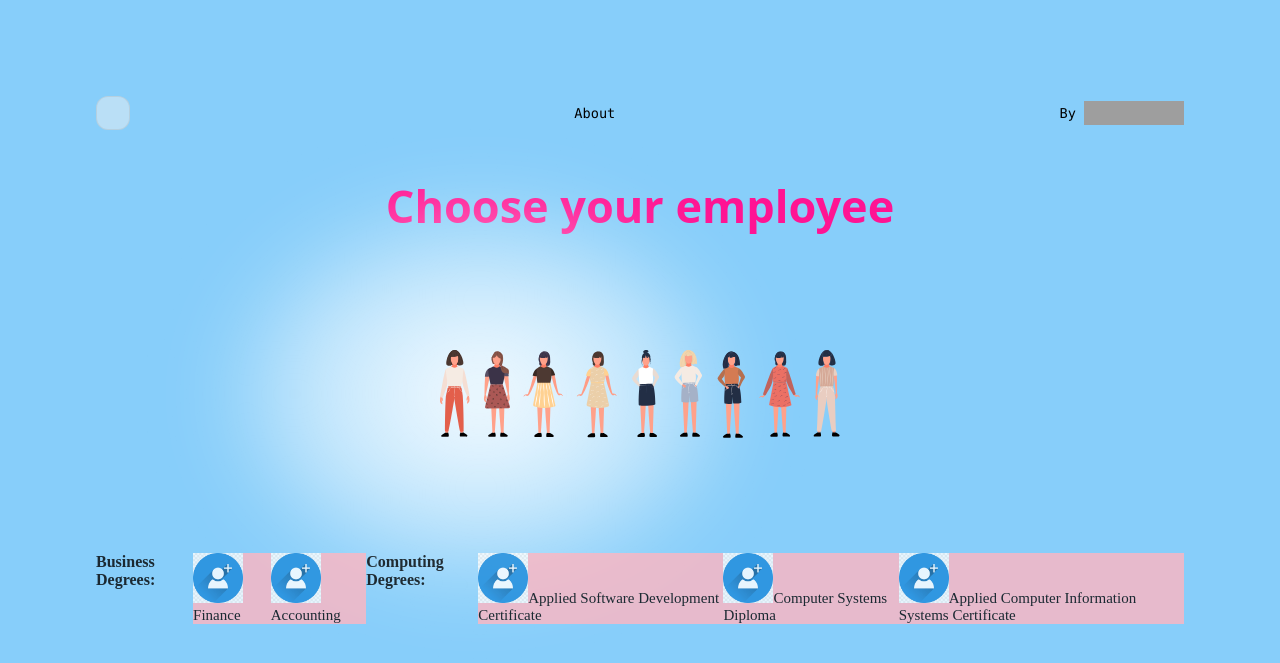
Repository: bguemos/week3example
Page: /
The author's editor kept a copy of each file at every save. The page is drawn from the files as they stood at one save, then again after the next save.
The browser window is 1280 px wide. The pictures show the whole page.
Pictures or frames that could not be fetched are drawn as grey boxes. The project was rebuilt for these pictures with package versions that can differ from the ones it lists, and the page was loaded fresh each time. The framework's server and built-in components were replaced by stand-ins that run in the browser. Also part of the build but not shown: next.config.js.

Above is the page before, as saved 2023-01-22 18:47:15.

### pages/index.js
import Head from 'next/head'
import Image from 'next/image'
import { Inter } from '@next/font/google'
import styles from '@/styles/Home.module.css'
import data from '../data/education.json'
import { useState } from 'react'
import Card from '../components/Card'
import Link from 'next/link'

const inter = Inter({ subsets: ['latin'] })

export default function Home() {
    const [information, setInformation] = useState([...data])
     console.log(data);
  return (
    <>
      <Head>
        <title>The Office</title>
        <meta name="description" content="Generated by create next app" />
        <meta name="viewport" content="width=device-width, initial-scale=1" />
        <link rel="icon" href="/favicon.ico" />
      </Head>
      <main className={styles.main}>
        <div className={styles.description}>
          <p>

            <code className={styles.code}></code>
          </p>
          <Link href="About">About</Link>
          <div>
            <a


            >
              By{' '}
              <Image
                src="/vercel.svg"
                alt="Vercel Logo"
                className={styles.vercelLogo}
                width={100}
                height={24}
                priority
              />
            </a>
          </div>
        </div>

        <h1 className={styles.header}> Choose your employee</h1>

        <div className={styles.center}>
          <Image
            className={styles.logo}
            src="assets/women.svg"
            alt="womanLogo"
            width={400}
            height={100}
            priority
          />


        </div>

        <div className={styles.grid}>
          <b> Business Degrees: </b>
          {information && information.map((info, index) => {
            if(info.department === "Business"){
              return(
                <Card key={index} degree={info.degree} colour="lightPink" font="15px"/>
              )
            }
           })}
           <b> Computing Degrees:</b>
           {information && information.map((info, index) => {
            if(info.department === "Computing"){
              return(
              <Card key={index} degree={info.degree} colour="lightPink" font="15px"/>
              )
            }
            })}
        </div>
      </main>
    </>
  )
}

### styles/Home.module.css
.main {
  display: flex;
  flex-direction: column;
  justify-content: space-between;
  align-items: center;
  padding: 6rem;
  min-height: 100vh;
  background-color: lightskyblue;

}
.label{
  font-size: 15px;
  font-family: system-ui, -apple-system, BlinkMacSystemFont, 'Segoe UI', Roboto, Oxygen, Ubuntu, Cantarell, 'Open Sans', 'Helvetica Neue', sans-serif;
  color: deeppink;
}

.description {
  display: inherit;
  justify-content: inherit;
  align-items: inherit;
  font-size: 0.85rem;
  max-width: var(--max-width);
  width: 100%;
  z-index: 2;
  font-family: var(--font-mono);
}

.description a {
  display: flex;
  justify-content: center;
  align-items: center;
  gap: 0.5rem;
}

.description p {
  position: relative;
  margin: 0;
  padding: 1rem;
  background-color: rgba(var(--callout-rgb), 0.5);
  border: 1px solid rgba(var(--callout-border-rgb), 0.3);
  border-radius: var(--border-radius);
}

.code {
  font-weight: 700;
  font-family: var(--font-mono);
}

.grid {
  display: flex;
  flex-direction: row;
  flex-wrap: nowrap;
  grid-template-columns: repeat(4, minmax(25%, auto));
  width: var(--max-width);
  max-width: 100%;
  opacity: .8;

}

.card {
  padding: 1rem 1.2rem;
  border-radius: var(--border-radius);
  background: rgba(var(--card-rgb), 0);
  border: 1px solid rgba(var(--card-border-rgb), 0);
  transition: background 200ms, border 200ms;
}

.card span {
  display: inline-block;
  transition: transform 200ms;
}

.card h2 {
  font-weight: 600;
  margin-bottom: 0.7rem;
}

.card p {
  margin: 0;
  opacity: 0.6;
  font-size: 0.9rem;
  line-height: 1.5;
  max-width: 30ch;
}

.center {
  display: flex;
  justify-content: center;
  align-items: center;
  position: relative;
  padding: 4rem 0;
}

.center::before {
  background: var(--secondary-glow);
  border-radius: 50%;
  width: 480px;
  height: 360px;
  margin-left: -400px;
}

.center::after {
  background: var(--primary-glow);
  width: 240px;
  height: 180px;
  z-index: -1;
}

.center::before,
.center::after {
  content: '';
  left: 50%;
  position: absolute;
  filter: blur(45px);
  transform: translateZ(0);
}

.logo,
.thirteen {
  position: relative;

}
.header{
  position: relative;
  font-size: 45px;
  font-family: system-ui, -apple-system, BlinkMacSystemFont, 'Segoe UI', Roboto, Oxygen, Ubuntu, Cantarell, 'Open Sans', 'Helvetica Neue', sans-serif;
  color: deeppink;
}

.thirteen::before,
.thirteen::after {
  content: '';
  position: absolute;
  z-index: -1;
}

/* Conic Gradient Animation */
.thirteen::before {
  animation: 6s rotate linear infinite;
  width: 200%;
  height: 200%;
  background: var(--tile-border);
}

/* Inner Square */
.thirteen::after {
  inset: 0;
  padding: 1px;
  border-radius: var(--border-radius);
  background: linear-gradient(
    to bottom right,
    rgba(var(--tile-start-rgb), 1),
    rgba(var(--tile-end-rgb), 1)
  );
  background-clip: content-box;
}

/* Enable hover only on non-touch devices */
@media (hover: hover) and (pointer: fine) {
  .card:hover {
    background: rgba(var(--card-rgb), 0.1);
    border: 1px solid rgba(var(--card-border-rgb), 0.15);
  }

  .card:hover span {
    transform: translateX(4px);
  }
}

@media (prefers-reduced-motion) {
  .thirteen::before {
    animation: none;
  }

  .card:hover span {
    transform: none;
  }
}

/* Mobile */
@media (max-width: 700px) {
  .content {
    padding: 4rem;
  }

  .grid {
    grid-template-columns: 1fr;
    margin-bottom: 120px;
    max-width: 320px;
    text-align: center;
  }

  .card {
    padding: 1rem 2.5rem;
  }

  .card h2 {
    margin-bottom: 0.5rem;
  }

  .center {
    padding: 8rem 0 6rem;
  }

  .center::before {
    transform: none;
    height: 300px;
  }

  .description {
    font-size: 0.8rem;
  }

  .description a {
    padding: 1rem;
  }

  .description p,
  .description div {
    display: flex;
    justify-content: center;
    position: fixed;
    width: 100%;
  }

  .description p {
    align-items: center;
    inset: 0 0 auto;
    padding: 2rem 1rem 1.4rem;
    border-radius: 0;
    border: none;
    border-bottom: 1px solid rgba(var(--callout-border-rgb), 0.25);
    background: linear-gradient(
      to bottom,
      rgba(var(--background-start-rgb), 1),
      rgba(var(--callout-rgb), 0.5)
    );
    background-clip: padding-box;
    backdrop-filter: blur(24px);
  }

  .description div {
    align-items: flex-end;
    pointer-events: none;
    inset: auto 0 0;
    padding: 2rem;
    height: 200px;
    background: linear-gradient(
      to bottom,
      transparent 0%,
      rgb(var(--background-end-rgb)) 40%
    );
    z-index: 1;
  }
}

/* Tablet and Smaller Desktop */
@media (min-width: 701px) and (max-width: 1120px) {
  .grid {
    grid-template-columns: repeat(2, 50%);
  }
}

@media (prefers-color-scheme: dark) {
  .vercelLogo {
    filter: invert(1);
  }

  .logo,
  .thirteen img {
    filter: invert(1) drop-shadow(0 0 0.3rem #ffffff70);
  }
}

@keyframes rotate {
  from {
    transform: rotate(360deg);
  }
  to {
    transform: rotate(0deg);
  }
}

### data/education.json
[
        {
            "studentNumber": "A0004567",
            "firstName": "Person 1",
            "gpa": 3.8,
            "department": "Business",
            "degree": "Finance",
            "graduted": 2014
        },
        {
            "studentNumber": "A0001234",
            "firstName": "Person 2",
            "gpa": 3.5,
            "department": "Business",
            "degree": "Accounting",
            "graduted": 2010
        },
        {
            "studentNumber": "A0007890",
            "firstName": "Person 3",
            "gpa": 3.2,
            "department": "Computing",
            "degree": "Applied Software Development Certificate",
            "graduted": 2018
        },
        {
            "studentNumber": "A0007828",
            "firstName": "Person 4",
            "gpa": 3.9,
            "department": "Computing",
            "degree": "Computer Systems Diploma",
            "graduted": 2021
        },
        {
            "studentNumber": "A0003425",
            "firstName": "Person 5",
            "gpa": 3.2,
            "department": "Computing",
            "degree": "Applied Computer Information Systems Certificate",
            "graduted": 2021
        }
]

### components/Card/index.js
export default function Card({
    degree= "none",
    colour= "purple",
    font = "0",
    image = "icon/personTwo.png"
}) {
    return(
        <div style={{backgroundColor: colour, fontSize:font}}>
         {
            colour === "red" ? <img src={'icon/person.png'} width="50"/> :
            colour === "blue" ? <img src={'icon/personThree.png'} width="50"/>:
                                <img src={image} width="50" />
         }
         {degree}
        </div>
    )
}

Loaded but not shown: pages/_app.js (common file); pages/_document.js (common file); styles/globals.css (common file)

After the next save:
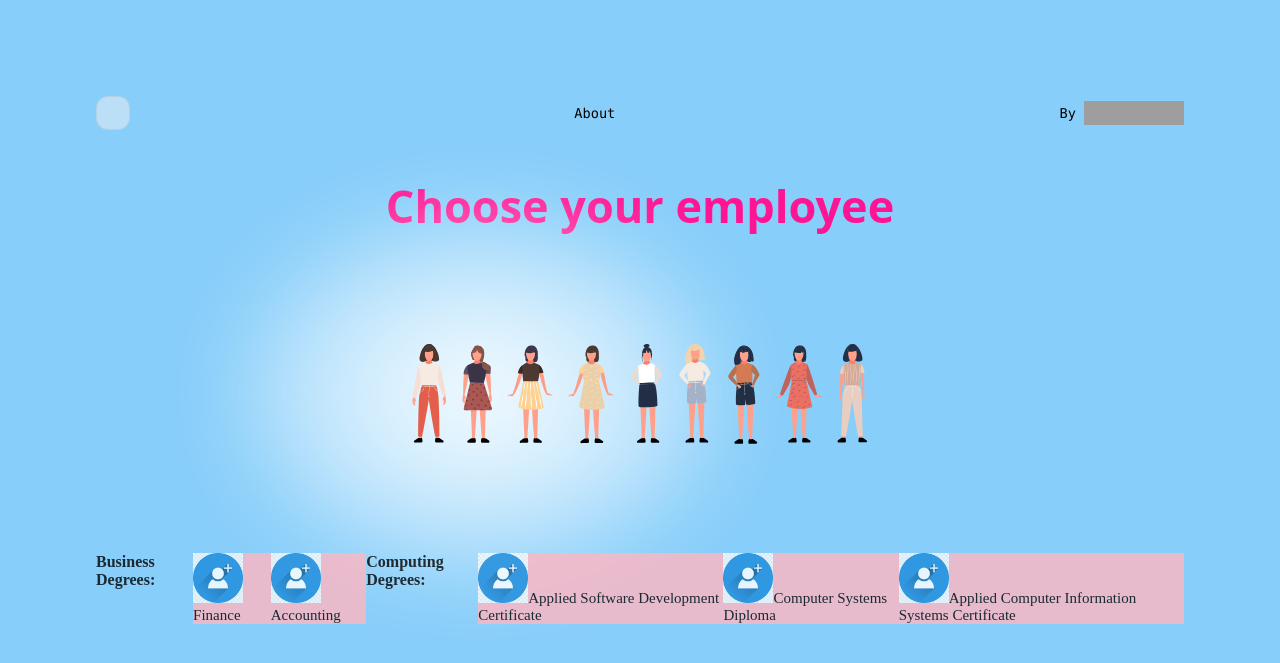
Saved 17 s later.
--- a/pages/index.js
+++ b/pages/index.js
@@ -52,7 +52,7 @@
             className={styles.logo}
             src="assets/women.svg"
             alt="womanLogo"
-            width={400}
+            width={500}
             height={100}
             priority
           />
